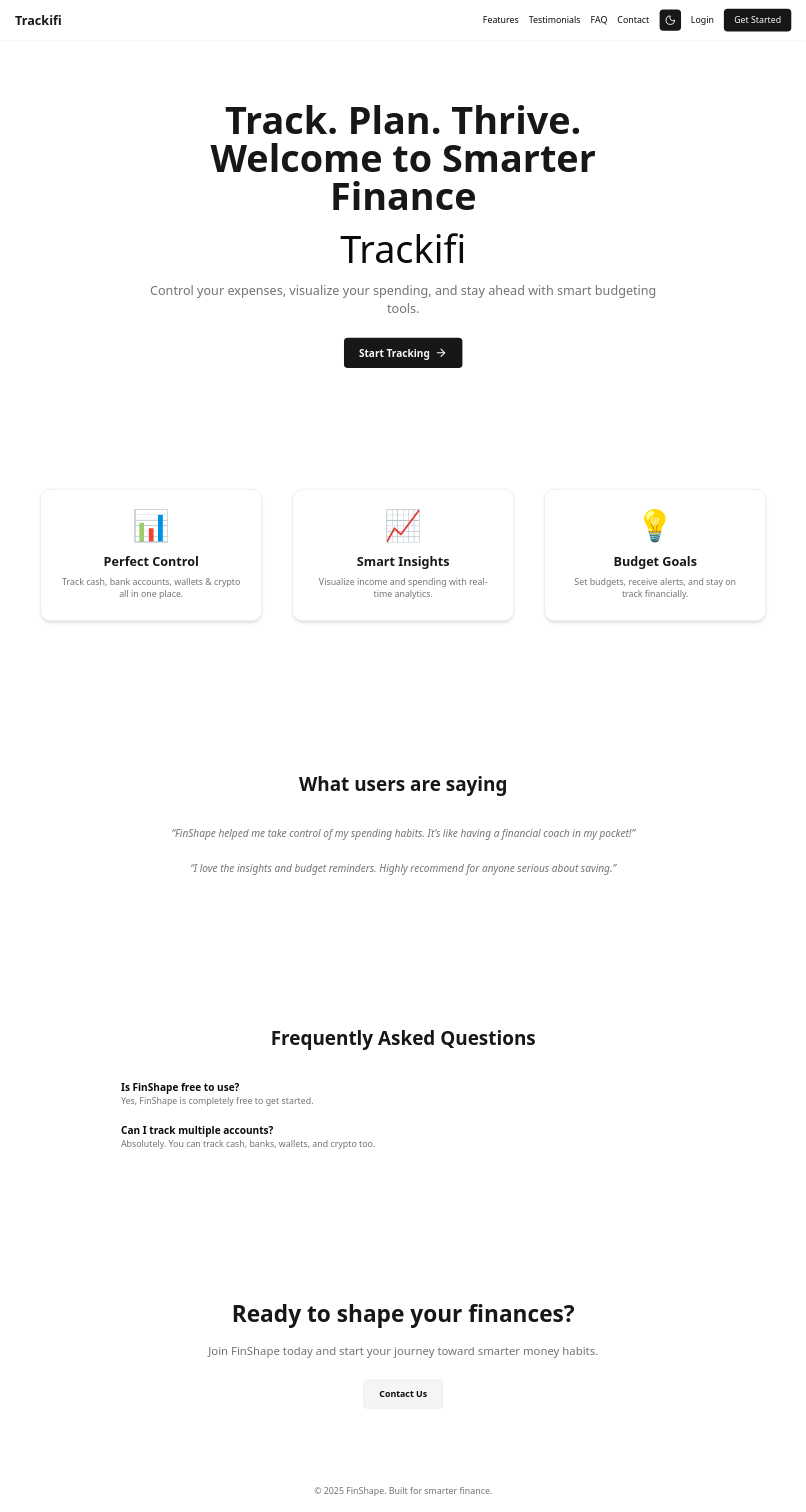
Repository: ruthvik-mt/Trackifi
Page: / (app in frontend/)
The author's editor kept a copy of each file at every save. The page is drawn from the files as they stood at one save, then again after the next save.
The browser window is 1280 px wide. The pictures show the whole page, at 63% of full size.
The project was rebuilt for these pictures with package versions that can differ from the ones it lists, and the page was loaded fresh each time. Also part of the build but not shown: frontend/vite.config.ts, frontend/src/hooks/useAuth.ts, frontend/src/components/FormInput.tsx, frontend/src/pages/Auth/Login.tsx, frontend/src/pages/Auth/Register.tsx, frontend/src/components/Sidebar.tsx, frontend/src/components/ThemeToggleButton.tsx, frontend/src/components/Navbar.tsx and 22 more.

Above is the page before, as saved 2025-07-15 23:09:27.

### frontend/index.html
<!-- index.html -->
<!DOCTYPE html>
<html lang="en">
  <head>
    <meta charset="UTF-8" />
    <link rel="icon" href="/favicon.svg" />
    <meta name="viewport" content="width=device-width, initial-scale=1.0" />

    <!-- Critical script: apply theme before paint -->
    <script>
      const theme = localStorage.getItem("theme");
      if (
        theme === "dark" ||
        (!theme && window.matchMedia("(prefers-color-scheme: dark)").matches)
      ) {
        document.documentElement.classList.add("dark");
      } else {
        document.documentElement.classList.remove("dark");
      }
    </script>

    <title>FinShape</title>
  </head>
  <body>
    <div id="root"></div>
    <script type="module" src="/src/main.tsx"></script>
  </body>
</html>

### frontend/src/main.tsx
import React from "react";
import ReactDOM from "react-dom/client";
import App from "./App";
import "./tailwind.css";
import { AuthProvider } from "./context/AuthProvider";
import { ThemeProvider } from "./context/ThemeProvider"; // ✅ Add ThemeProvider
import { BrowserRouter as Router } from "react-router-dom";

ReactDOM.createRoot(document.getElementById("root")!).render(
  <React.StrictMode>
    <Router>
      {/* ✅ Wrap app with theme context */}
      <ThemeProvider>
        <AuthProvider>
          <App />
        </AuthProvider>
      </ThemeProvider>
    </Router>
  </React.StrictMode>
);

### frontend/src/App.tsx
import { Routes, Route, Navigate } from "react-router-dom";
import Login from "./pages/Auth/Login";
import Register from "./pages/Auth/Register";
import Dashboard from "./pages/Dashboard/Dashboard";
import CategoryList from "./pages/Categories/CategoryList";
import TransactionList from "./pages/Transactions/TransactionList";
import BudgetList from "./pages/Budgets/BudgetList";
import MonthlyTotal from "./pages/Insights/MonthlyTotal";
import CategoryBreakdown from "./pages/Insights/CategoryBreakdown";
import BudgetComparison from "./pages/Insights/BudgetComparison";
import ProtectedRoute from "./components/ProtectedRoute";
import LandingPage from "./pages/LandingPage"; // ✅ Add this import

export default function App() {
  return (
    <Routes>
      {/* Landing Page */}
      <Route path="/" element={<LandingPage />} /> {/* ✅ New route */}

      {/* Auth Routes */}
      <Route path="/login" element={<Login />} />
      <Route path="/register" element={<Register />} />

      {/* Protected Routes */}
      <Route
        path="/dashboard"
        element={
          <ProtectedRoute>
            <Dashboard />
          </ProtectedRoute>
        }
      />
      <Route
        path="/categories"
        element={
          <ProtectedRoute>
            <CategoryList />
          </ProtectedRoute>
        }
      />
      <Route
        path="/transactions"
        element={
          <ProtectedRoute>
            <TransactionList />
          </ProtectedRoute>
        }
      />
      <Route
        path="/budgets"
        element={
          <ProtectedRoute>
            <BudgetList />
          </ProtectedRoute>
        }
      />
      <Route
        path="/insights/monthly-total"
        element={
          <ProtectedRoute>
            <MonthlyTotal />
          </ProtectedRoute>
        }
      />
      <Route
        path="/insights/category-breakdown"
        element={
          <ProtectedRoute>
            <CategoryBreakdown />
          </ProtectedRoute>
        }
      />
      <Route
        path="/insights/budget-comparison"
        element={
          <ProtectedRoute>
            <BudgetComparison />
          </ProtectedRoute>
        }
      />

      {/* Fallback Route */}
      <Route path="*" element={<Navigate to="/" />} /> {/* ✅ Updated from "/login" to "/" */}
    </Routes>
  );
}

### frontend/src/tailwind.css
@tailwind base;
@tailwind components;
@tailwind utilities;

/* =========================
   Base Theme Variables
   ========================= */

@layer base {
  :root {
    --background: 0 0% 100%;
    --foreground: 0 0% 3.9%;

    --card: 0 0% 100%;
    --card-foreground: 0 0% 3.9%;

    --popover: 0 0% 100%;
    --popover-foreground: 0 0% 3.9%;

    --primary: 0 0% 9%;
    --primary-foreground: 0 0% 98%;

    --secondary: 0 0% 96.1%;
    --secondary-foreground: 0 0% 9%;

    --muted: 0 0% 96.1%;
    --muted-foreground: 0 0% 45.1%;

    --accent: 0 0% 96.1%;
    --accent-foreground: 0 0% 9%;

    --destructive: 0 84.2% 60.2%;
    --destructive-foreground: 0 0% 98%;

    --border: 0 0% 89.8%;
    --input: 0 0% 89.8%;
    --ring: 0 0% 3.9%;

    --chart-1: 12 76% 61%;
    --chart-2: 173 58% 39%;
    --chart-3: 197 37% 24%;
    --chart-4: 43 74% 66%;
    --chart-5: 27 87% 67%;

    --radius: 0.5rem;

    --tooltip-bg: #ffffff;
    --tooltip-color: #000000;
  }

  .dark {
    --background: 0 0% 3.9%;
    --foreground: 0 0% 98%;

    --card: 0 0% 3.9%;
    --card-foreground: 0 0% 98%;

    --popover: 0 0% 3.9%;
    --popover-foreground: 0 0% 98%;

    --primary: 0 0% 98%;
    --primary-foreground: 0 0% 9%;

    --secondary: 0 0% 14.9%;
    --secondary-foreground: 0 0% 98%;

    --muted: 0 0% 14.9%;
    --muted-foreground: 0 0% 63.9%;

    --accent: 0 0% 14.9%;
    --accent-foreground: 0 0% 98%;

    --destructive: 0 62.8% 30.6%;
    --destructive-foreground: 0 0% 98%;

    --border: 0 0% 14.9%;
    --input: 0 0% 14.9%;
    --ring: 0 0% 83.1%;

    --chart-1: 220 70% 50%;
    --chart-2: 160 60% 45%;
    --chart-3: 30 80% 55%;
    --chart-4: 280 65% 60%;
    --chart-5: 340 75% 55%;

    --tooltip-bg: #d9dde2; /* dark gray or slate */
    --tooltip-color: #0d0f11;
  }
}

/* =========================
   Global Element Styles
   ========================= */
@layer base {
  * {
    @apply border-border;
  }

  html,
  body {
    @apply bg-background text-foreground antialiased;
    min-height: 100%;
    scroll-behavior: smooth;
  }

  input,
  select,
  textarea {
    @apply bg-input text-foreground placeholder-muted-foreground
           border border-border rounded px-3 py-2
           focus:outline-none focus:ring-2 focus:ring-ring;
  }

  button {
    @apply transition-colors bg-primary text-primary-foreground px-4 py-2 rounded
           hover:bg-primary/90 focus:outline-none focus:ring-2 focus:ring-ring;
  }
}

### frontend/src/context/AuthProvider.tsx
// import { ReactNode, useCallback, useEffect, useState } from "react";
// import { AuthContext } from "./AuthContext";
// import { User } from "@/types/Auth";
// import { getCurrentUser } from "@/api/user";
// import { useNavigate } from "react-router-dom";

// interface Props {
//   children: ReactNode;
// }

// export const AuthProvider = ({ children }: Props) => {
//   const [token, setToken] = useState<string | null>(() =>
//     localStorage.getItem("token")
//   );
//   const [user, setUser] = useState<User | null>(null);
//   const navigate = useNavigate();

//   const logout = useCallback(() => {
//     localStorage.removeItem("token");
//     setToken(null);
//     setUser(null);
//     navigate("/login");
//   }, [navigate]);

//   const fetchUser = useCallback(async () => {
//     try {
//       const userData = await getCurrentUser();
//       setUser(userData);
//     } catch (err) {
//       console.error("Failed to fetch user:", err);
//       logout();
//     }
//   }, [logout]);

//   const login = useCallback(
//     (newToken: string) => {
//       localStorage.setItem("token", newToken);
//       setToken(newToken);
//       fetchUser();
//     },
//     [fetchUser]
//   );

//   useEffect(() => {
//     if (token) {
//       fetchUser();
//     }
//   }, [token, fetchUser]);

//   return (
//     <AuthContext.Provider value={{ token, user, login, logout }}>
//       {children}
//     </AuthContext.Provider>
//   );
// };

import { useState, useEffect } from "react";
import { AuthContext } from "./AuthContext";
import axios from "../axios";

export const AuthProvider = ({ children }: { children: React.ReactNode }) => {
  const [token, setToken] = useState<string | null>(() => localStorage.getItem("token"));

  // Set Authorization header on load (if token exists)
  useEffect(() => {
    if (token) {
      axios.defaults.headers.common["Authorization"] = `Bearer ${token}`;
    }
  }, [token]);

  const login = async (email: string, password: string) => {
    const res = await axios.post("/api/auth/login", { email, password });
    const jwt = res.data.token;

    setToken(jwt);
    localStorage.setItem("token", jwt);
    axios.defaults.headers.common["Authorization"] = `Bearer ${jwt}`; // ✅ set globally
  };

  const logout = () => {
    setToken(null);
    localStorage.removeItem("token");
    delete axios.defaults.headers.common["Authorization"]; // ✅ remove on logout
  };

  return (
    <AuthContext.Provider value={{ token, login, logout }}>
      {children}
    </AuthContext.Provider>
  );
};

### frontend/src/context/ThemeProvider.tsx
import { useEffect, useState, ReactNode } from "react";
import { ThemeContext, Theme } from "./ThemeContext";

export const ThemeProvider = ({ children }: { children: ReactNode }) => {
  const getInitialTheme = (): Theme => {
    if (typeof window === "undefined") return "light";
    const stored = localStorage.getItem("theme");
    if (stored === "light" || stored === "dark") return stored;
    return window.matchMedia("(prefers-color-scheme: dark)").matches ? "dark" : "light";
  };

  const [theme, setTheme] = useState<Theme>(getInitialTheme);

  useEffect(() => {
    const root = document.documentElement;
    if (theme === "dark") {
      root.classList.add("dark");
    } else {
      root.classList.remove("dark");
    }
    localStorage.setItem("theme", theme);
  }, [theme]);

  const toggleTheme = () => setTheme(prev => (prev === "dark" ? "light" : "dark"));

  return (
    <ThemeContext.Provider value={{ theme, toggleTheme }}>
      {children}
    </ThemeContext.Provider>
  );
};

### frontend/src/pages/LandingPage.tsx
import { Link } from "react-router-dom";
import { motion } from "framer-motion";
import { ArrowRight, Moon, Sun } from "lucide-react";
import { useTheme } from "../hooks/useTheme";
import { useState, useEffect } from "react";
import { Spinner } from "@/components/Spinner";

export default function LandingPage() {
  const { theme, toggleTheme } = useTheme();
  const [buttonLoading, setButtonLoading] = useState(true);

  useEffect(() => {
    const timer = setTimeout(() => setButtonLoading(false), 1000);
    return () => clearTimeout(timer);
  }, []);

  return (
    <div className="min-h-screen bg-background text-foreground">
      {/* ────────────── Header ────────────── */}
      <header className="sticky top-0 z-10 h-16 bg-card text-card-foreground shadow-sm flex items-center justify-between px-6">
        <a href="#hero" className="text-xl font-bold text-primary">Trackifi</a>

        <nav className="flex items-center gap-4">
          <a href="#features" className="text-sm font-medium hover:text-primary transition-colors">Features</a>
          <a href="#testimonials" className="text-sm font-medium hover:text-primary transition-colors">Testimonials</a>
          <a href="#faq" className="text-sm font-medium hover:text-primary transition-colors">FAQ</a>
          <a href="#cta" className="text-sm font-medium over:text-primary transition-colors">Contact</a>

          <button
            onClick={toggleTheme}
            className="px-2 py-2 rounded-md text-sm font-medium bg-primary text-primary-foreground hover:bg-primary/90 transition-colors flex items-center justify-center"
            aria-label={`Switch to ${theme === "dark" ? "light" : "dark"} mode`}
          >
            {theme === "dark" ? <Sun size={18} /> : <Moon size={18} />}
          </button>

          <Link
            to="/login"
            className="text-sm font-medium hover:text-primary transition-colors"
          >
            Login
          </Link>

          {buttonLoading ? (
            <Spinner size="default" />
          ) : (
            <Link to="/register">
              <button className="px-4 py-2 rounded-md text-sm font-medium bg-primary text-primary-foreground hover:bg-primary/90 transition-colors">
                Get Started
              </button>
            </Link>
          )}
        </nav>
      </header>

      {/* ────────────── Hero Section ────────────── */}
      <motion.section
        id="hero"
        className="text-center px-6 py-24 max-w-4xl mx-auto"
        initial={{ opacity: 0, y: 30 }}
        animate={{ opacity: 1, y: 0 }}
        transition={{ duration: 0.6 }}
      >
        <h1 className="text-5xl md:text-6xl font-extrabold leading-tight mb-6 text-primary">
  Track. Plan. Thrive. Welcome to Smarter Finance
</h1>

<h2 className="text-5xl md:text-6xl font-extraibold text-center leading-tight mb-6 xt-primary">
  Trackifi
</h2>

        <p className="text-lg md:text-xl text-muted-foreground mb-8">
          Control your expenses, visualize your spending, and stay ahead with smart budgeting tools.
        </p>

        {buttonLoading ? (
          <div className="flex justify-center">
            <Spinner size="lg" />
          </div>
        ) : (
          <Link to="/register">
            <button
              aria-label="Start tracking your expenses"
              className="px-6 py-3 rounded-md font-semibold bg-primary text-primary-foreground hover:bg-primary/90 inline-flex items-center gap-2 transition-colors"
            >
              Start Tracking <ArrowRight size={20} />
            </button>
          </Link>
        )}
      </motion.section>

      {/* ────────────── Features Section ────────────── */}
      <motion.section
        id="features"
        className="py-24 px-6 bg-background"
        initial={{ opacity: 0 }}
        whileInView={{ opacity: 1 }}
        viewport={{ once: true, amount: 0.2 }}
        transition={{ duration: 0.8 }}
      >
        <div className="max-w-6xl mx-auto grid gap-12 md:grid-cols-3 text-center">
          {[
            {
              icon: "📊",
              title: "Perfect Control",
              desc: "Track cash, bank accounts, wallets & crypto all in one place.",
            },
            {
              icon: "📈",
              title: "Smart Insights",
              desc: "Visualize income and spending with real-time analytics.",
            },
            {
              icon: "💡",
              title: "Budget Goals",
              desc: "Set budgets, receive alerts, and stay on track financially.",
            },
          ].map(({ icon, title, desc }, index) => (
            <motion.div
              key={title}
              className="bg-white dark:bg-zinc-900 text-zinc-800 dark:text-white border border-border p-8 rounded-2xl shadow-md hover:shadow-xl transition-transform"
              initial={{ opacity: 0, y: 40, scale: 0.95 }}
              whileInView={{ opacity: 1, y: 0, scale: 1 }}
              viewport={{ once: true, amount: 0.3 }}
              whileHover={{ scale: 1.06 }}
              transition={{
                duration: 0.6,
                delay: index * 0.2,
                type: "spring",
                stiffness: 120,
              }}
            >
              <div className="text-5xl mb-5">{icon}</div>
              <h3 className="text-xl font-bold mb-2 text-primary">{title}</h3>
              <p className="text-sm text-muted-foreground">{desc}</p>
            </motion.div>
          ))}
        </div>
      </motion.section>

      {/* ────────────── Testimonials Section ────────────── */}
    <motion.section
  id="testimonials"
  className="py-24 px-6 bg-background text-center"
  initial={{ opacity: 0 }}
  whileInView={{ opacity: 1 }}
  viewport={{ once: true, amount: 0.2 }}
  transition={{ duration: 0.8 }}
>
  <div className="h-12 bg-gradient-to-b from-transparent to-background" />
  <h2 className="text-3xl font-bold mb-12 text-primary">What users are saying</h2>
  <div className="max-w-4xl mx-auto space-y-8">
    {[
      "FinShape helped me take control of my spending habits. It’s like having a financial coach in my pocket!",
      "I love the insights and budget reminders. Highly recommend for anyone serious about saving.",
    ].map((text, index) => (
      <motion.blockquote
        key={index}
        className="italic text-muted-foreground"
        initial={{ opacity: 0, y: 20 }}
        whileInView={{ opacity: 1, y: 0 }}
        transition={{ duration: 0.5, delay: index * 0.2 }}
        viewport={{ once: true, amount: 0.5 }}
      >
        {`“${text}”`}
      </motion.blockquote>
    ))}
  </div>
</motion.section>



      {/* ────────────── FAQ Section ────────────── */}
     <motion.section
  id="faq"
  className="py-24 px-6 bg-background"
  initial={{ opacity: 0 }}
  whileInView={{ opacity: 1 }}
  viewport={{ once: true, amount: 0.2 }}
  transition={{ duration: 0.8 }}
>
  <div className="h-12 bg-gradient-to-b from-transparent to-background" />
  <h2 className="text-3xl font-bold mb-12 text-center text-primary">Frequently Asked Questions</h2>
  <div className="max-w-4xl mx-auto space-y-6">
    {[
      {
        question: "Is FinShape free to use?",
        answer: "Yes, FinShape is completely free to get started.",
      },
      {
        question: "Can I track multiple accounts?",
        answer: "Absolutely. You can track cash, banks, wallets, and crypto too.",
      },
    ].map(({ question, answer }, index) => (
      <motion.div
        key={index}
        initial={{ opacity: 0, y: 20 }}
        whileInView={{ opacity: 1, y: 0 }}
        transition={{ duration: 0.5, delay: index * 0.2 }}
        viewport={{ once: true, amount: 0.5 }}
      >
        <h4 className="font-semibold">{question}</h4>
        <p className="text-sm text-muted-foreground">{answer}</p>
      </motion.div>
    ))}
  </div>
</motion.section>



      {/* ────────────── Call to Action ────────────── */}
      <motion.section
  id="cta"
  className="py-24 px-6 bg-background text-center"
  initial={{ opacity: 0 }}
  whileInView={{ opacity: 1 }}
  viewport={{ once: true, amount: 0.2 }}
  transition={{ duration: 0.8 }}
>
  <div className="h-12 bg-gradient-to-b from-transparent to-background" />
  <motion.div
    className="max-w-2xl mx-auto"
    initial={{ opacity: 0, y: 30 }}
    whileInView={{ opacity: 1, y: 0 }}
    transition={{ duration: 0.6 }}
    viewport={{ once: true }}
  >
    <h2 className="text-4xl font-bold mb-6 text-primary">Ready to shape your finances?</h2>
    <p className="mb-8 text-lg text-muted-foreground">
      Join FinShape today and start your journey toward smarter money habits.
    </p>
    <div className="flex flex-col sm:flex-row gap-4 justify-center">
      <Link to="/contact">
        <button className="px-6 py-3 text-sm font-semibold bg-muted text-foreground border border-border rounded-md hover:bg-muted/80 transition-colors">
          Contact Us
        </button>
      </Link>
    </div>
  </motion.div>
</motion.section>



      {/* ────────────── Footer ────────────── */}
      <footer className="text-center py-6 text-sm text-muted-foreground bg-background">
        © {new Date().getFullYear()} FinShape. Built for smarter finance.
      </footer>
    </div>
  );
}

### frontend/src/context/AuthContext.tsx
// import { createContext } from "react";
// import { User } from "@/types/Auth";

// export interface AuthContextType {
//   token: string | null;
//   user: User | null;
//   login: (token: string) => void;
//   logout: () => void;
// }

// export const AuthContext = createContext<AuthContextType>({
//   token: null,
//   user: null,
//   login: () => {},
//   logout: () => {},
// });

// src/context/AuthContext.ts
import { createContext } from "react";

export interface AuthContextType {
  token: string | null;
  login: (email: string, password: string) => Promise<void>;
  logout: () => void;
}

export const AuthContext = createContext<AuthContextType>(
  {} as AuthContextType // ✅ Safe for use without null-checks
);

### frontend/src/axios.ts
// // src/axios.ts
// import axios from "axios";

// const axiosInstance = axios.create({
//   baseURL: "http://localhost:8080/api",
// });

// axiosInstance.interceptors.request.use((config) => {
//   const token = localStorage.getItem("token");
//   if (token && config.headers) {
//     config.headers.Authorization = `Bearer ${token}`;
//   }
//   return config;
// });

// export default axiosInstance;

// src/axios.ts
// src/axios.ts
import axios from "axios";

const instance = axios.create({
  baseURL: "", // <-- frontend sends /api/... and Vite handles the proxy
  headers: {
    "Content-Type": "application/json",
  },
});

instance.interceptors.request.use((config) => {
  const token = localStorage.getItem("token");
  if (token) {
    config.headers = config.headers || {};
    config.headers["Authorization"] = `Bearer ${token}`;
  }
  return config;
});

export default instance;

### frontend/src/context/ThemeContext.tsx
import { createContext } from "react";

export type Theme = "light" | "dark";

export interface ThemeContextType {
  theme: Theme;
  toggleTheme: () => void;
}

export const ThemeContext = createContext<ThemeContextType | undefined>(undefined);

### frontend/src/hooks/useTheme.ts
// src/hooks/useTheme.ts
import { useContext } from "react";
import { ThemeContext } from "../context/ThemeContext";

export function useTheme() {
  const context = useContext(ThemeContext);
  if (!context) {
    throw new Error("useTheme must be used within a ThemeProvider");
  }
  return context;
}

### frontend/src/components/Spinner.tsx
// src/components/Spinner.tsx
import { cn } from "@/lib/utils";
import { cva, VariantProps } from "class-variance-authority";
import { Loader } from "lucide-react";

const spinnerVariants = cva("text-muted-foreground animate-spin", {
  variants: {
    size: {
      default: "h-4 w-4",
      sm: "h-2 w-2",
      lg: "h-6 w-6",
      icon: "h-10 w-10",
    },
  },
  defaultVariants: {
    size: "default",
  },
});

interface SpinnerProps extends VariantProps<typeof spinnerVariants> {
  className?: string;
}

export const Spinner = ({ size }: SpinnerProps) => {
  return <Loader className={cn(spinnerVariants({ size }))} />;
};

Loaded but not shown: frontend/src/lib/utils.ts (common file); frontend/tailwind.config.js (86 lines, source omitted)

After the next save:
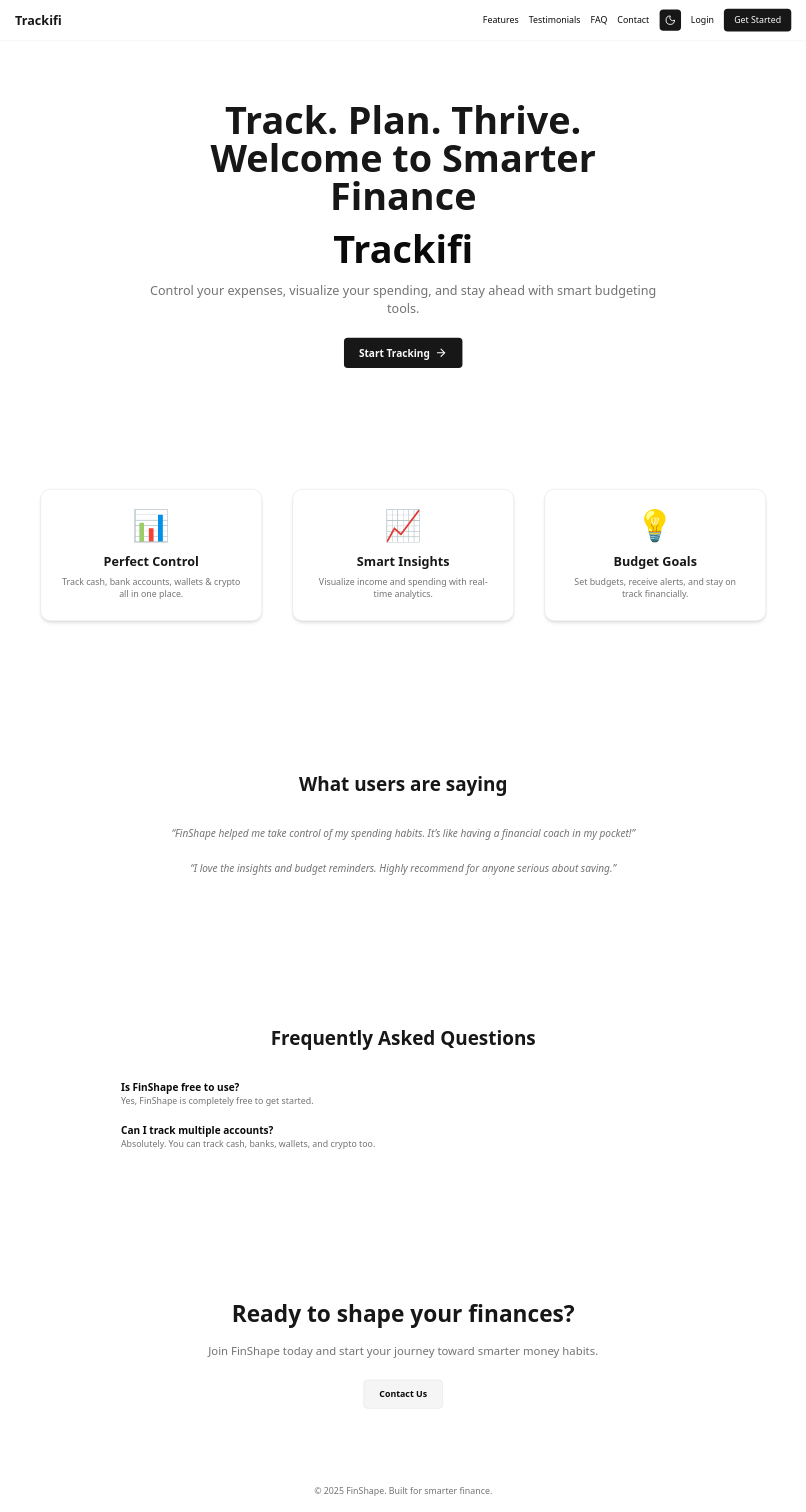
Saved 24 s later.
--- a/frontend/src/pages/LandingPage.tsx
+++ b/frontend/src/pages/LandingPage.tsx
@@ -65,7 +65,7 @@ export default function LandingPage() {
   Track. Plan. Thrive. Welcome to Smarter Finance
 </h1>
 
-<h2 className="text-5xl md:text-6xl font-extraibold text-center leading-tight mb-6 xt-primary">
+<h2 className="text-5xl md:text-6xl font-extrabold text-center leading-tight mb-6 xt-primary">
   Trackifi
 </h2>
 
